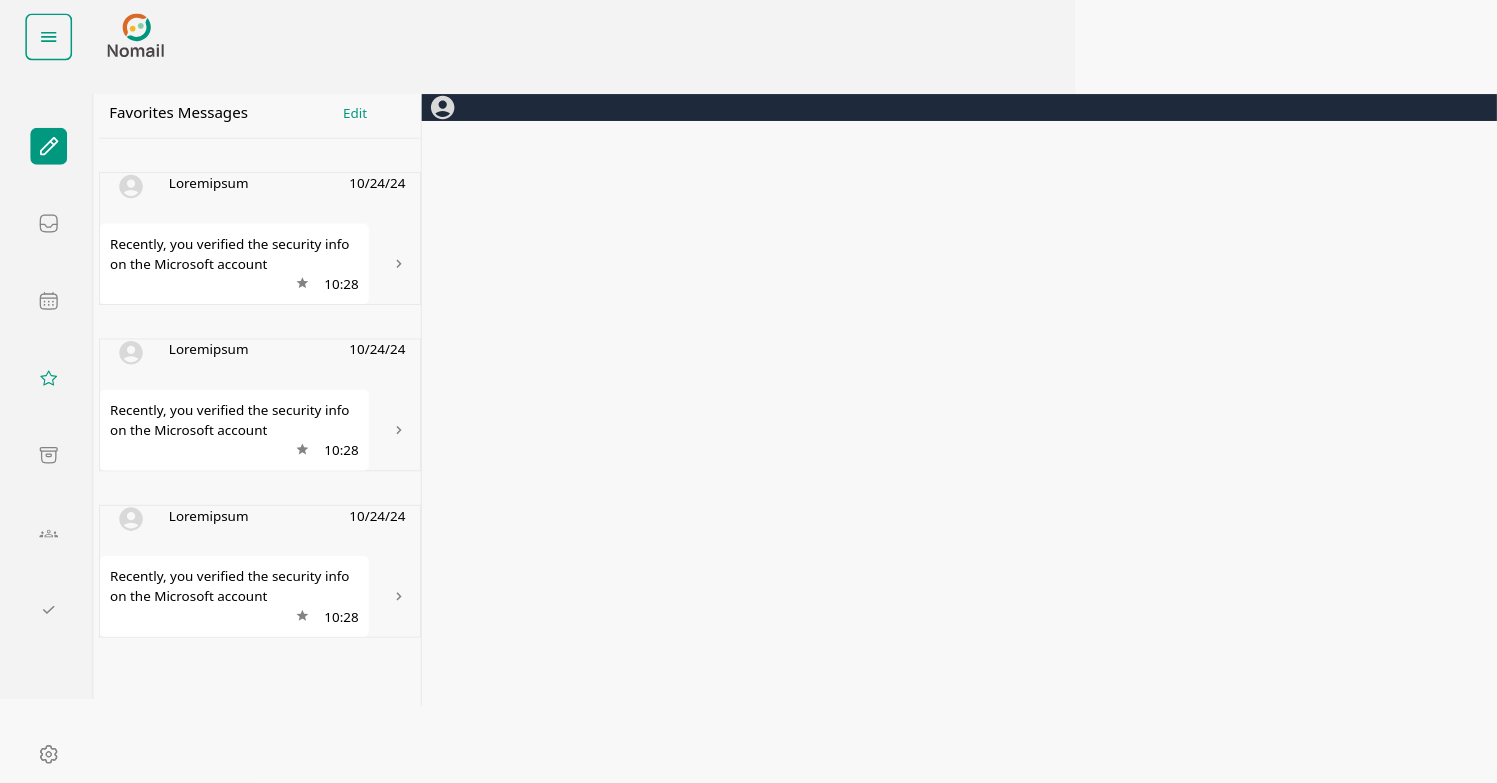
Repository: Tofigkh1/Nomail-Project
Page: /favorites (app in client/)
These files come from the project's save history. The page is drawn as it stood at one moment and after a run of saves; the edit follows.
The browser window is 1280 px wide. The page is 1782 px wide, so the pictures cover 1782 px, including what lies to the right of the window. The pictures show the whole page, at 84% of full size.
The project was rebuilt for these pictures with package versions that can differ from the ones it lists, and the page was loaded fresh each time. The framework's server and built-in components were replaced by stand-ins that run in the browser. Also part of the build but not shown: client/next.config.mjs, client/components/shared/svg/FavoritesSvg.jsx, client/components/shared/svg/calendarActiveSvg.jsx, client/components/shared/client/CheckBox/index.tsx.

Above is the page before, as saved 2024-11-22 02:55:33.

After the next 2 saves:
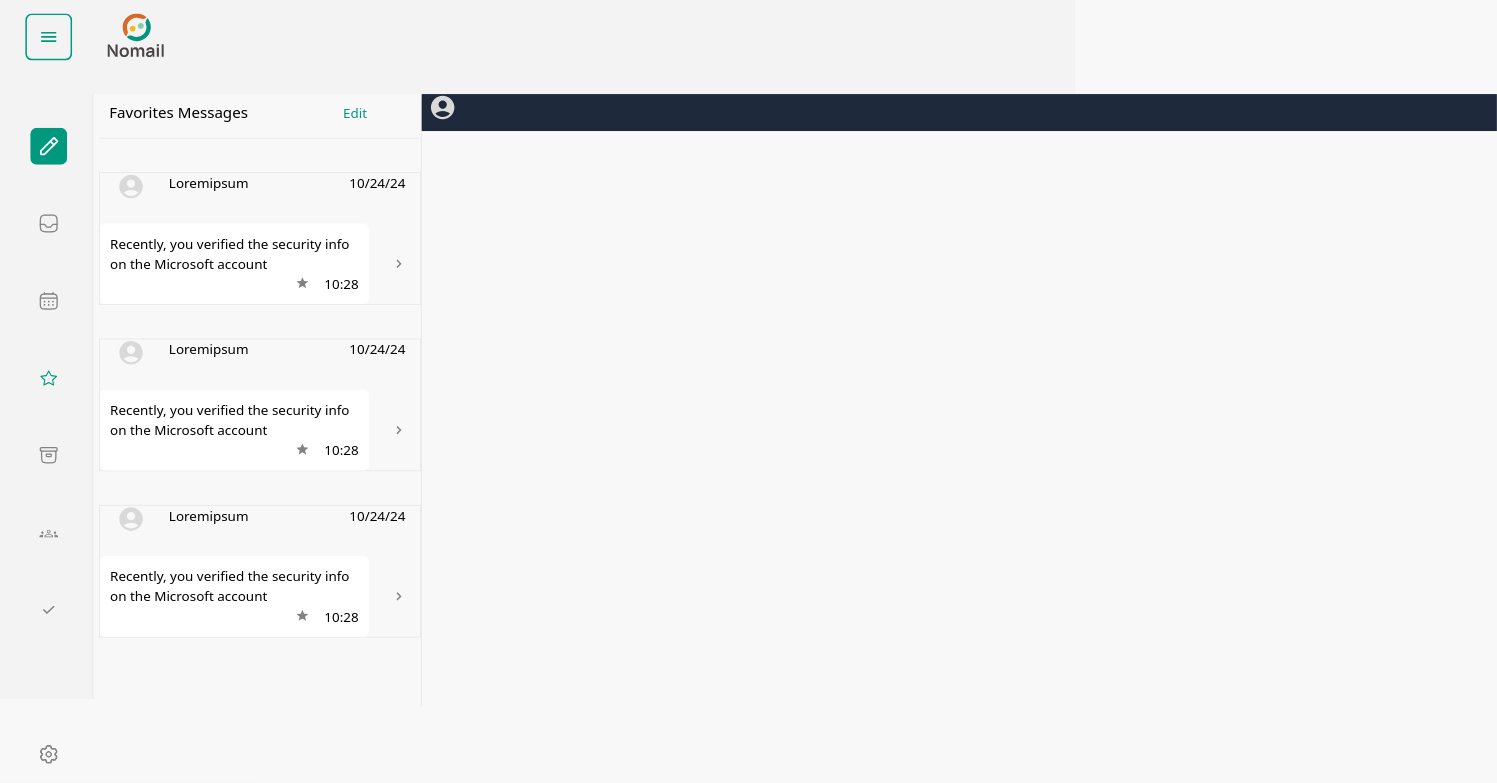
The 2 saves are shown as one change because they came seconds apart.
The last was saved 22 s later.
--- a/client/components/shared/client/messagesView/index.tsx
+++ b/client/components/shared/client/messagesView/index.tsx
@@ -12,7 +12,7 @@ export default function MessagesView() {
         <div>
 
         <header>
-            <div className=" top-0 w-screen bg-slate-800">
+            <div className=" top-0 w-screen h-11 bg-slate-800">
                 <ProfileSvg/>
             </div>
         </header>
